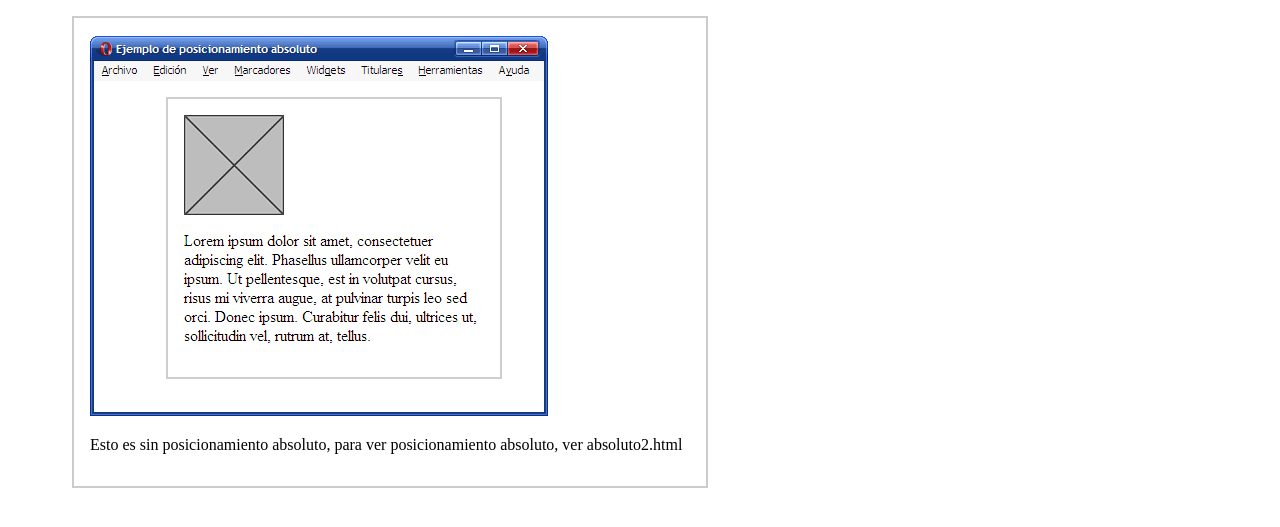
Repository: antonio63j/misNotas
Page: software/CSS/Demos/aptana_proyect/src/absoluto2.html
An editor plug-in stored every save of this project. The page is shown before and after the next save, followed by the edit.
The browser window is 1280 px wide. The pictures show the whole page.

Above is the page before, as saved 2017-04-23 18:12:55.

### software/CSS/Demos/aptana_proyect/src/absoluto2.html
<!DOCTYPE html>
<html>
<head>
	    <meta http-equiv="Content-Type" content="text/html;charset=utf-8" />
<style>


div {
  border: 2px solid #CCC;
  padding: 1em;
  margin: 1em 0 1em 4em;
  width: 600px;
}


</style>
</head>



<body>

<div>
  <img src="img/imagen-absoluto1.gif" alt="Imagen genérica" />
  <p>Esto es sin posicionamiento absoluto, para ver posicionamiento absoluto, ver absoluto2.html </p>
</div>



</body>

</html>

After the next save:
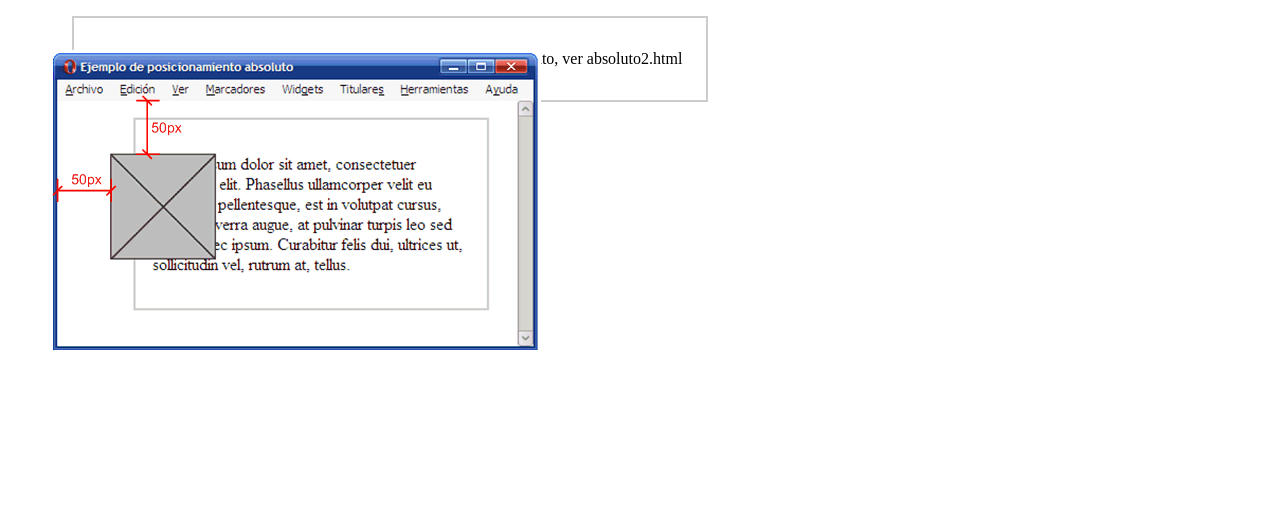
Saved 2 h 1 min later.
--- a/software/CSS/Demos/aptana_proyect/src/absoluto2.html
+++ b/software/CSS/Demos/aptana_proyect/src/absoluto2.html
@@ -12,6 +12,11 @@ div {
   width: 600px;
 }
 
+div img {
+  position: absolute;
+  top:  50px;
+  left: 50px;
+}
 
 </style>
 </head>
@@ -21,7 +26,7 @@ div {
 <body>
 
 <div>
-  <img src="img/imagen-absoluto1.gif" alt="Imagen genérica" />
+  <img src="img/imagen-absoluto2.gif" alt="Imagen genérica" />
   <p>Esto es sin posicionamiento absoluto, para ver posicionamiento absoluto, ver absoluto2.html </p>
 </div>
 
